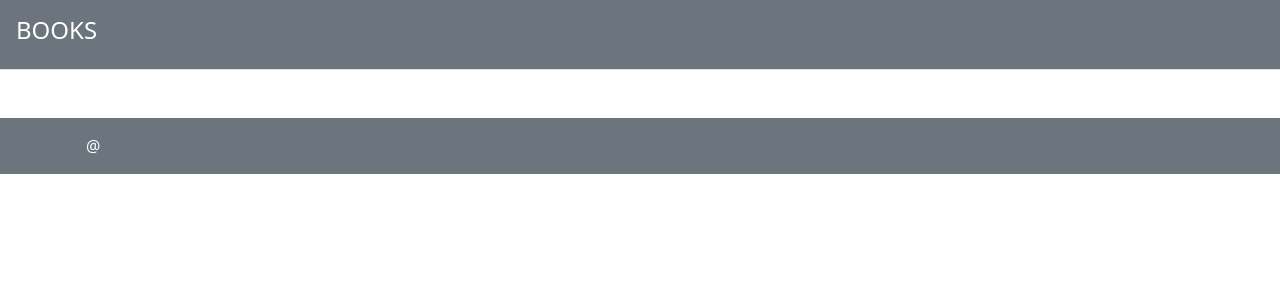
Repository: SKB-TECH/Books
Page: /
An editor plug-in stored every save of this project. The page is shown before and after the next save, followed by the edit.
The browser window is 1280 px wide. The pictures show the whole page.
The project was rebuilt for these pictures with package versions that can differ from the ones it lists, and the page was loaded fresh each time. Also part of the build but not shown: vite.config.js.

Above is the page before, as saved 2022-11-09 15:33:50.

After the next save:
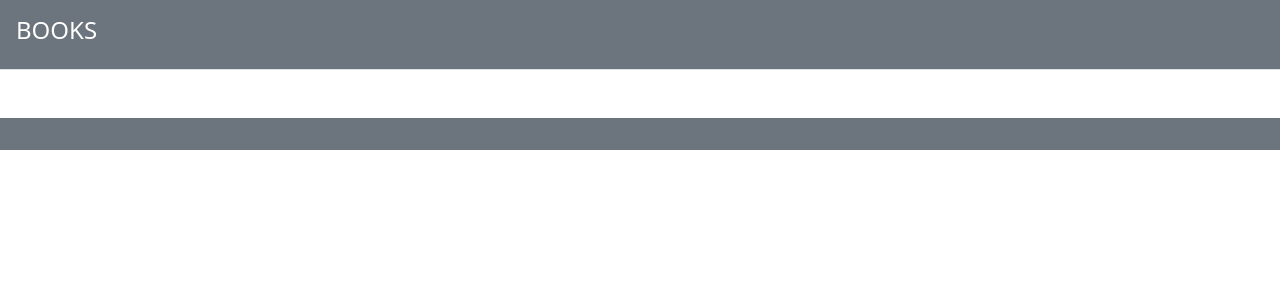
Saved 12 s later.
--- a/src/components/Footer.jsx
+++ b/src/components/Footer.jsx
@@ -5,7 +5,7 @@
         <footer className='footer text-white bg-secondary mt-5'>
             <div className='container p-3'>
                 <span>
-                    @
+
                 </span>
             </div>
         </footer>

After the save that followed:
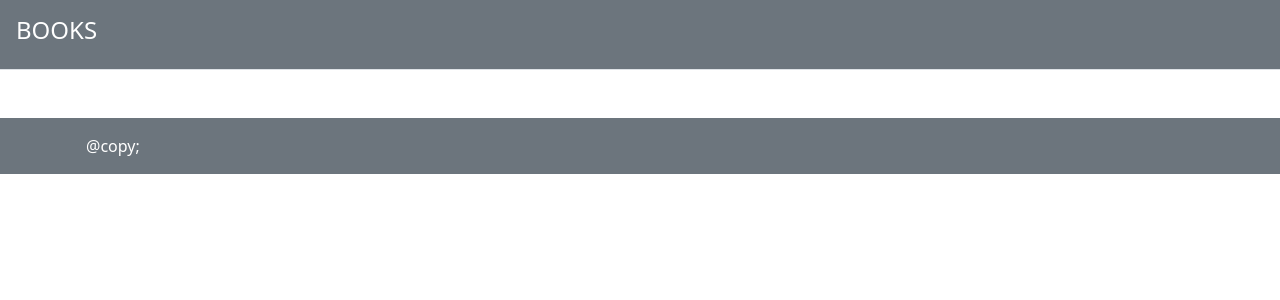
Saved 6 s later.
--- a/src/components/Footer.jsx
+++ b/src/components/Footer.jsx
@@ -5,7 +5,7 @@
         <footer className='footer text-white bg-secondary mt-5'>
             <div className='container p-3'>
                 <span>
-
+                    @copy;
                 </span>
             </div>
         </footer>
